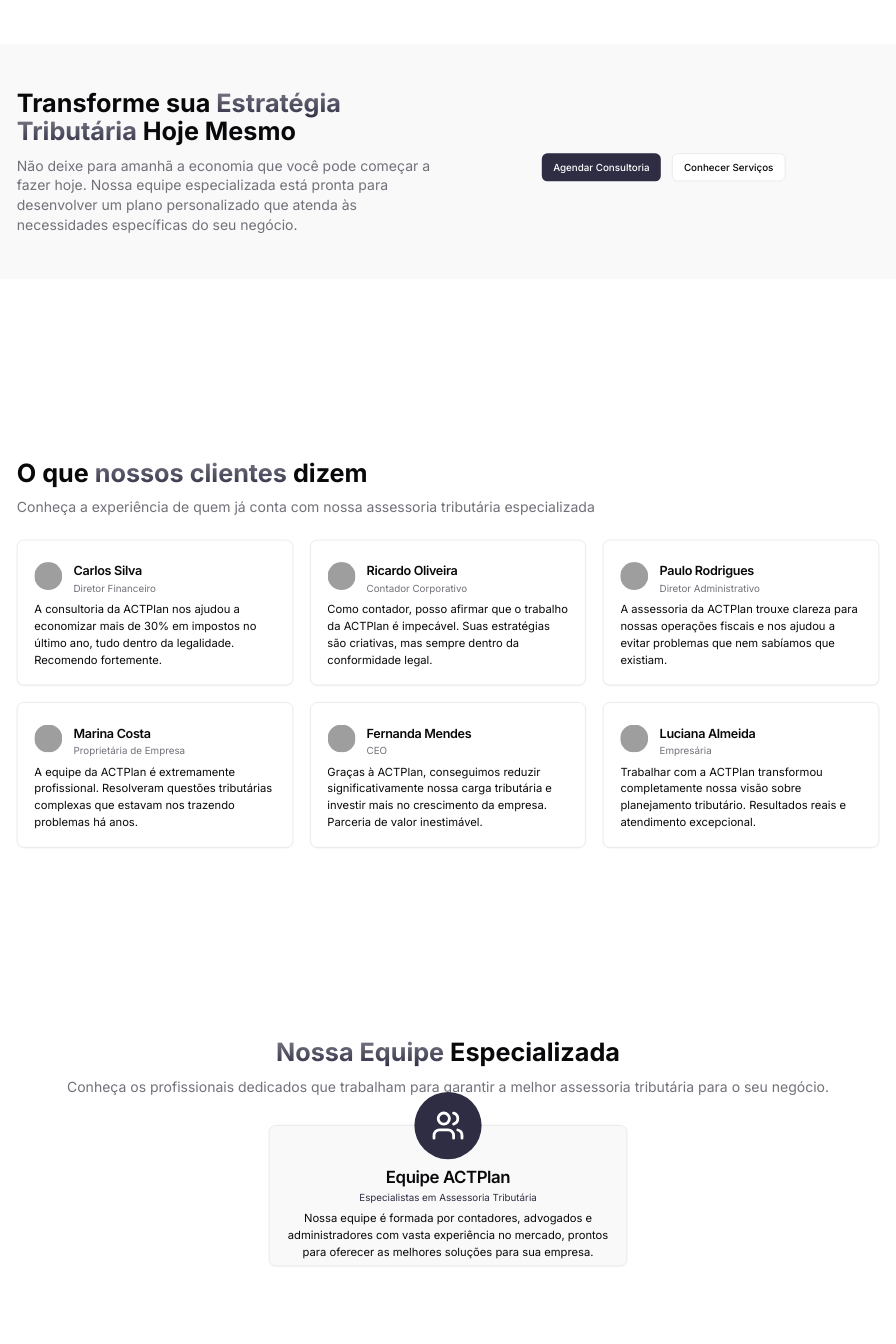
Repository: xoiurp/actplan-landing-page
Page: / (app in shadcn-landing-page-main/)
The author's editor kept a copy of each file at every save. The page is drawn from the files as they stood at one save, then again after the next save.
The browser window is 1280 px wide. The pictures show the part of the page from y = 4580 to 6500 px (the page is 8816 px tall before and 8602 px after), at 70% of full size.
Pictures or frames that could not be fetched are drawn as grey boxes. The project was rebuilt for these pictures with package versions that can differ from the ones it lists, and the page was loaded fresh each time. Also part of the build but not shown: shadcn-landing-page-main/vite.config.ts.

Above is the page before, as saved 2025-06-24 17:21:11.

### shadcn-landing-page-main/index.html
<!DOCTYPE html>
<html lang="en">
  <head>
    <meta charset="UTF-8" />
    <link
      rel="icon"
      type="image/svg+xml"
      href="/src/assets/fav-icon.svg"
    />
    <!-- href="/vite.svg" -->
    <meta
      name="viewport"
      content="width=device-width, initial-scale=1.0"
    />
    <link rel="preconnect" href="https://fonts.googleapis.com">
    <link rel="preconnect" href="https://fonts.gstatic.com" crossorigin>
    <link href="https://fonts.googleapis.com/css2?family=Inter:wght@100..900&display=swap" rel="stylesheet">

    <!-- Primary Meta Tags -->
    <title>ACTPlan - Assessoria Tributária Especializada</title>
    <meta
      name="title"
      content="ACTPlan - Assessoria Tributária Especializada"
    />
    <meta
      name="description"
      content="Maximize a eficiência tributária do seu negócio com nossa assessoria especializada. Otimize seus impostos com segurança e conformidade legal."
    />
    <meta
      name="keywords"
      content="assessoria tributária, planejamento tributário, consultoria fiscal, economia de impostos, regularização tributária, defesa tributária"
    />
    <!-- Open Graph / Facebook -->
    <meta
      property="og:type"
      content="website"
    />
    <meta
      property="og:url"
      content="https://actplanconcetoria.com"
    />
    <meta
      property="og:title"
      content="ACTPlan - Assessoria Tributária Especializada"
    />
    <meta
      property="og:description"
      content="Maximize a eficiência tributária do seu negócio com nossa assessoria especializada. Otimize seus impostos com segurança e conformidade legal."
    />
    <meta
      property="og:image"
      content="https://actplanconcetoria.com/og-image.jpg"
    />

    <!-- Twitter -->
    <meta
      name="twitter:card"
      content="summary_large_image"
    />

    <meta
      name="twitter:url"
      content="https://actplanconcetoria.com"
    />
    <meta
      name="twitter:title"
      content="ACTPlan - Assessoria Tributária Especializada"
    />
    <meta
      name="twitter:description"
      content="Maximize a eficiência tributária do seu negócio com nossa assessoria especializada. Otimize seus impostos com segurança e conformidade legal."
    />
    <meta
      name="twitter:image"
      content="https://actplanconcetoria.com/og-image.jpg"
    />
  </head>
  <body>
    <div id="root"></div>
    <script
      type="module"
      src="/src/main.tsx"
    ></script>
  </body>
</html>

### shadcn-landing-page-main/src/App.tsx
import { About } from "./components/About";
import { Cta } from "./components/Cta";
import { FAQ } from "./components/FAQ";
import { Features } from "./components/Features";
import { Footer } from "./components/Footer";
import { Hero } from "./components/Hero";
import { HowItWorks } from "./components/HowItWorks";
import { Navbar } from "./components/Navbar";
import { Newsletter } from "./components/Newsletter";
import { Pricing } from "./components/Pricing";
import { ScrollToTop } from "./components/ScrollToTop";
import { Services } from "./components/Services";
import { Sponsors } from "./components/Sponsors";
import { Team } from "./components/Team";
import { Testimonials } from "./components/Testimonials";
import "./App.css";

function App() {
  return (
    <>
      <div className="bg-gradient-to-b from-white to-[#E9E9E9]">
        <Navbar />
        <Hero />
      </div>
      <Sponsors />
      <About />
      <HowItWorks />
      <Features />
      <Services />
      <Cta />
      <Testimonials />
      <Team />
      <Pricing />
      <Newsletter />
      <FAQ />
      <Footer />
      <ScrollToTop />
    </>
  );
}

export default App;

### shadcn-landing-page-main/src/index.css
html {
  scroll-behavior: smooth;
  font-family: 'Inter', sans-serif;
}

body {
  font-family: 'Inter', sans-serif;
}

### shadcn-landing-page-main/src/components/Cta.tsx
import { Button } from "./ui/button";

export const Cta = () => {
  return (
    <section
      id="cta"
      className="bg-muted/50 py-16 my-24 sm:my-32"
    >
      <div className="container lg:grid lg:grid-cols-2 place-items-center">
        <div className="lg:col-start-1">
          <h2 className="text-3xl md:text-4xl font-bold ">
            Transforme sua
            <span className="bg-gradient-to-b from-primary/60 to-primary text-transparent bg-clip-text">
              {" "}
              Estratégia Tributária{" "}
            </span>
            Hoje Mesmo
          </h2>
          <p className="text-muted-foreground text-xl mt-4 mb-8 lg:mb-0">
            Não deixe para amanhã a economia que você pode começar a fazer hoje. Nossa equipe especializada está pronta para desenvolver um plano personalizado que atenda às necessidades específicas do seu negócio.
          </p>
        </div>

        <div className="space-y-4 lg:col-start-2">
          <Button className="w-full md:mr-4 md:w-auto">Agendar Consultoria</Button>
          <Button
            variant="outline"
            className="w-full md:w-auto"
          >
            Conhecer Serviços
          </Button>
        </div>
      </div>
    </section>
  );
};

### shadcn-landing-page-main/src/components/Newsletter.tsx
import { Button } from "./ui/button";
import { Input } from "./ui/input";

export const Newsletter = () => {
  const handleSubmit = (e: any) => {
    e.preventDefault();
    console.log("Subscribed!");
  };

  return (
    <section id="newsletter">
      <hr className="w-11/12 mx-auto" />

      <div className="container py-24 sm:py-32">
        <h3 className="text-center text-4xl md:text-5xl font-bold">
          Receba Nossas{" "}
          <span className="bg-gradient-to-b from-primary/60 to-primary text-transparent bg-clip-text">
            Atualizações
          </span>
        </h3>
        <p className="text-xl text-muted-foreground text-center mt-4 mb-8">
          Fique por dentro das novidades fiscais e oportunidades de economia tributária.
        </p>

        <form
          className="flex flex-col w-full md:flex-row md:w-6/12 lg:w-4/12 mx-auto gap-4 md:gap-2"
          onSubmit={handleSubmit}
        >
          <Input
            placeholder="seuemail@empresa.com.br"
            className="bg-muted/50 dark:bg-muted/80 "
            aria-label="email"
          />
          <Button>Inscrever-se</Button>
        </form>
      </div>

      <hr className="w-11/12 mx-auto" />
    </section>
  );
};

### shadcn-landing-page-main/src/components/ScrollToTop.tsx
import { useState, useEffect } from "react";
import { Button } from "./ui/button";
import { ArrowUpToLine } from "lucide-react";

export const ScrollToTop = () => {
  const [showTopBtn, setShowTopBtn] = useState(false);

  useEffect(() => {
    window.addEventListener("scroll", () => {
      if (window.scrollY > 400) {
        setShowTopBtn(true);
      } else {
        setShowTopBtn(false);
      }
    });
  }, []);

  const goToTop = () => {
    window.scroll({
      top: 0,
      left: 0,
    });
  };

  return (
    <>
      {showTopBtn && (
        <Button
          onClick={goToTop}
          className="fixed bottom-4 right-4 opacity-90 shadow-md"
          size="icon"
        >
          <ArrowUpToLine className="h-4 w-4" />
        </Button>
      )}
    </>
  );
};

### shadcn-landing-page-main/src/components/Sponsors.tsx
import { Shield, Scale, CheckCircle, Heart } from "lucide-react";

interface ValueProps {
  icon: JSX.Element;
  name: string;
}

const values: ValueProps[] = [
  {
    icon: <Shield size={34} />,
    name: "Transparência",
  },
  {
    icon: <CheckCircle size={34} />,
    name: "Excelência",
  },
  {
    icon: <Scale size={34} />,
    name: "Compromisso",
  },
  {
    icon: <Heart size={34} />,
    name: "Foco no Cliente",
  },
];

export const Sponsors = () => {
  return (
    <section
      id="values"
      className="container pt-24 sm:py-32"
    >
      <h2 className="text-center text-md lg:text-xl font-bold mb-8 text-primary">
        Nossos Valores
      </h2>

      <div className="flex flex-wrap justify-center items-center gap-4 md:gap-8">
        {values.map(({ icon, name }: ValueProps) => (
          <div
            key={name}
            className="flex items-center gap-1 text-muted-foreground/60"
          >
            <span>{icon}</span>
            <h3 className="text-xl font-bold">{name}</h3>
          </div>
        ))}
      </div>
    </section>
  );
};

### shadcn-landing-page-main/src/components/Team.tsx
import {
  Card,
  CardContent,
  CardDescription,
  CardHeader,
  CardTitle,
} from "@/components/ui/card";
import { Users } from "lucide-react";

export const Team = () => {
  return (
    <section
      id="team"
      className="container py-24 sm:py-32"
    >
      <h2 className="text-3xl md:text-4xl font-bold text-center">
        <span className="bg-gradient-to-b from-primary/60 to-primary text-transparent bg-clip-text">
          Nossa Equipe{" "}
        </span>
        Especializada
      </h2>

      <p className="mt-4 mb-10 text-xl text-muted-foreground text-center">
        Conheça os profissionais dedicados que trabalham para garantir a melhor assessoria tributária para o seu negócio.
      </p>

      <Card
        className="bg-muted/50 relative mt-8 flex flex-col justify-center items-center max-w-lg mx-auto"
      >
        <CardHeader className="mt-8 flex justify-center items-center pb-2">
          <div className="absolute -top-12 rounded-full w-24 h-24 aspect-square bg-primary flex items-center justify-center">
            <Users className="text-white h-12 w-12" />
          </div>
          <CardTitle className="text-center">Equipe ACTPlan</CardTitle>
          <CardDescription className="text-primary">
            Especialistas em Assessoria Tributária
          </CardDescription>
        </CardHeader>

        <CardContent className="text-center pb-2">
          <p>Nossa equipe é formada por contadores, advogados e administradores com vasta experiência no mercado, prontos para oferecer as melhores soluções para sua empresa.</p>
        </CardContent>
      </Card>
    </section>
  );
};

### shadcn-landing-page-main/src/components/ui/card.tsx
import * as React from "react"

import { cn } from "@/lib/utils"

const Card = React.forwardRef<
  HTMLDivElement,
  React.HTMLAttributes<HTMLDivElement>
>(({ className, ...props }, ref) => (
  <div
    ref={ref}
    className={cn(
      "rounded-lg border bg-card text-card-foreground shadow-sm",
      className
    )}
    {...props}
  />
))
Card.displayName = "Card"

const CardHeader = React.forwardRef<
  HTMLDivElement,
  React.HTMLAttributes<HTMLDivElement>
>(({ className, ...props }, ref) => (
  <div
    ref={ref}
    className={cn("flex flex-col space-y-1.5 p-6", className)}
    {...props}
  />
))
CardHeader.displayName = "CardHeader"

const CardTitle = React.forwardRef<
  HTMLParagraphElement,
  React.HTMLAttributes<HTMLHeadingElement>
>(({ className, ...props }, ref) => (
  <h3
    ref={ref}
    className={cn(
      "text-2xl font-semibold leading-none tracking-tight",
      className
    )}
    {...props}
  />
))
CardTitle.displayName = "CardTitle"

const CardDescription = React.forwardRef<
  HTMLParagraphElement,
  React.HTMLAttributes<HTMLParagraphElement>
>(({ className, ...props }, ref) => (
  <p
    ref={ref}
    className={cn("text-sm text-muted-foreground", className)}
    {...props}
  />
))
CardDescription.displayName = "CardDescription"

const CardContent = React.forwardRef<
  HTMLDivElement,
  React.HTMLAttributes<HTMLDivElement>
>(({ className, ...props }, ref) => (
  <div ref={ref} className={cn("p-6 pt-0", className)} {...props} />
))
CardContent.displayName = "CardContent"

const CardFooter = React.forwardRef<
  HTMLDivElement,
  React.HTMLAttributes<HTMLDivElement>
>(({ className, ...props }, ref) => (
  <div
    ref={ref}
    className={cn("flex items-center p-6 pt-0", className)}
    {...props}
  />
))
CardFooter.displayName = "CardFooter"

export { Card, CardHeader, CardFooter, CardTitle, CardDescription, CardContent }

### shadcn-landing-page-main/src/components/ui/button.tsx
import * as React from "react"
import { Slot } from "@radix-ui/react-slot"
import { cva, type VariantProps } from "class-variance-authority"

import { cn } from "@/lib/utils"

const buttonVariants = cva(
  "inline-flex items-center justify-center whitespace-nowrap rounded-md text-sm font-medium ring-offset-background transition-colors focus-visible:outline-none focus-visible:ring-2 focus-visible:ring-ring focus-visible:ring-offset-2 disabled:pointer-events-none disabled:opacity-50",
  {
    variants: {
      variant: {
        default: "bg-primary text-primary-foreground hover:bg-primary/90",
        destructive:
          "bg-destructive text-destructive-foreground hover:bg-destructive/90",
        outline:
          "border border-input bg-background hover:bg-accent hover:text-accent-foreground",
        secondary:
          "bg-secondary text-secondary-foreground hover:bg-secondary/80",
        ghost: "hover:bg-accent hover:text-accent-foreground",
        link: "text-primary underline-offset-4 hover:underline",
      },
      size: {
        default: "h-10 px-4 py-2",
        sm: "h-9 rounded-md px-3",
        lg: "h-11 rounded-md px-8",
        icon: "h-10 w-10",
      },
    },
    defaultVariants: {
      variant: "default",
      size: "default",
    },
  }
)

export interface ButtonProps
  extends React.ButtonHTMLAttributes<HTMLButtonElement>,
    VariantProps<typeof buttonVariants> {
  asChild?: boolean
}

const Button = React.forwardRef<HTMLButtonElement, ButtonProps>(
  ({ className, variant, size, asChild = false, ...props }, ref) => {
    const Comp = asChild ? Slot : "button"
    return (
      <Comp
        className={cn(buttonVariants({ variant, size, className }))}
        ref={ref}
        {...props}
      />
    )
  }
)
Button.displayName = "Button"

export { Button, buttonVariants }

### shadcn-landing-page-main/src/components/ui/accordion.tsx
import * as React from "react";
import * as AccordionPrimitive from "@radix-ui/react-accordion";
import { ChevronDown } from "lucide-react";

import { cn } from "@/lib/utils";

const Accordion = AccordionPrimitive.Root;

const AccordionItem = React.forwardRef<
  React.ElementRef<typeof AccordionPrimitive.Item>,
  React.ComponentPropsWithoutRef<typeof AccordionPrimitive.Item>
>(({ className, ...props }, ref) => (
  <AccordionPrimitive.Item
    ref={ref}
    className={cn("border-b", className)}
    {...props}
  />
));
AccordionItem.displayName = "AccordionItem";

const AccordionTrigger = React.forwardRef<
  React.ElementRef<typeof AccordionPrimitive.Trigger>,
  React.ComponentPropsWithoutRef<typeof AccordionPrimitive.Trigger>
>(({ className, children, ...props }, ref) => (
  <AccordionPrimitive.Header className="flex">
    <AccordionPrimitive.Trigger
      ref={ref}
      className={cn(
        "flex flex-1 items-center justify-between py-4 font-medium transition-all hover:underline [&[data-state=open]>svg]:rotate-180",
        className
      )}
      {...props}
    >
      {children}
      <ChevronDown className="h-4 w-4 shrink-0 transition-transform duration-200" />
    </AccordionPrimitive.Trigger>
  </AccordionPrimitive.Header>
));
AccordionTrigger.displayName = AccordionPrimitive.Trigger.displayName;

const AccordionContent = React.forwardRef<
  React.ElementRef<typeof AccordionPrimitive.Content>,
  React.ComponentPropsWithoutRef<typeof AccordionPrimitive.Content>
>(({ className, children, ...props }, ref) => (
  <AccordionPrimitive.Content
    ref={ref}
    className="overflow-hidden text-sm transition-all data-[state=closed]:animate-accordion-up data-[state=open]:animate-accordion-down"
    {...props}
  >
    <div
      className={cn("pb-4 pt-0 text-muted-foreground text-[16px]", className)}
    >
      {children}
    </div>
  </AccordionPrimitive.Content>
));

AccordionContent.displayName = AccordionPrimitive.Content.displayName;

export { Accordion, AccordionItem, AccordionTrigger, AccordionContent };

### shadcn-landing-page-main/src/components/ui/badge.tsx
import * as React from "react"
import { cva, type VariantProps } from "class-variance-authority"

import { cn } from "@/lib/utils"

const badgeVariants = cva(
  "inline-flex items-center rounded-full border px-2.5 py-0.5 text-xs font-semibold transition-colors focus:outline-none focus:ring-2 focus:ring-ring focus:ring-offset-2",
  {
    variants: {
      variant: {
        default:
          "border-transparent bg-primary text-primary-foreground hover:bg-primary/80",
        secondary:
          "border-transparent bg-secondary text-secondary-foreground hover:bg-secondary/80",
        destructive:
          "border-transparent bg-destructive text-destructive-foreground hover:bg-destructive/80",
        outline: "text-foreground",
      },
    },
    defaultVariants: {
      variant: "default",
    },
  }
)

export interface BadgeProps
  extends React.HTMLAttributes<HTMLDivElement>,
    VariantProps<typeof badgeVariants> {}

function Badge({ className, variant, ...props }: BadgeProps) {
  return (
    <div className={cn(badgeVariants({ variant }), className)} {...props} />
  )
}

export { Badge, badgeVariants }

### shadcn-landing-page-main/src/components/ui/input.tsx
import * as React from "react"

import { cn } from "@/lib/utils"

export interface InputProps
  extends React.InputHTMLAttributes<HTMLInputElement> {}

const Input = React.forwardRef<HTMLInputElement, InputProps>(
  ({ className, type, ...props }, ref) => {
    return (
      <input
        type={type}
        className={cn(
          "flex h-10 w-full rounded-md border border-input bg-background px-3 py-2 text-sm ring-offset-background file:border-0 file:bg-transparent file:text-sm file:font-medium placeholder:text-muted-foreground focus-visible:outline-none focus-visible:ring-2 focus-visible:ring-ring focus-visible:ring-offset-2 disabled:cursor-not-allowed disabled:opacity-50",
          className
        )}
        ref={ref}
        {...props}
      />
    )
  }
)
Input.displayName = "Input"

export { Input }

### shadcn-landing-page-main/src/components/ui/avatar.tsx
import * as React from "react";
import * as AvatarPrimitive from "@radix-ui/react-avatar";

import { cn } from "@/lib/utils";

const Avatar = React.forwardRef<
  React.ElementRef<typeof AvatarPrimitive.Root>,
  React.ComponentPropsWithoutRef<typeof AvatarPrimitive.Root>
>(({ className, ...props }, ref) => (
  <AvatarPrimitive.Root
    ref={ref}
    className={cn(
      "relative flex h-10 w-10 shrink-0 overflow-hidden rounded-full",
      className
    )}
    {...props}
  />
));
Avatar.displayName = AvatarPrimitive.Root.displayName;

const AvatarImage = React.forwardRef<
  React.ElementRef<typeof AvatarPrimitive.Image>,
  React.ComponentPropsWithoutRef<typeof AvatarPrimitive.Image>
>(({ className, ...props }, ref) => (
  <AvatarPrimitive.Image
    ref={ref}
    className={cn("aspect-square h-full w-full", className)}
    {...props}
  />
));
AvatarImage.displayName = AvatarPrimitive.Image.displayName;

const AvatarFallback = React.forwardRef<
  React.ElementRef<typeof AvatarPrimitive.Fallback>,
  React.ComponentPropsWithoutRef<typeof AvatarPrimitive.Fallback>
>(({ className, ...props }, ref) => (
  <AvatarPrimitive.Fallback
    ref={ref}
    className={cn(
      "flex h-full w-full items-center justify-center rounded-full bg-muted",
      className
    )}
    {...props}
  />
));
AvatarFallback.displayName = AvatarPrimitive.Fallback.displayName;

export { Avatar, AvatarImage, AvatarFallback };

Loaded but not shown: shadcn-landing-page-main/src/main.tsx (common file); shadcn-landing-page-main/src/lib/utils.ts (common file); shadcn-landing-page-main/tailwind.config.js (78 lines, source omitted); shadcn-landing-page-main/src/components/Icons.tsx (664 lines, source omitted); shadcn-landing-page-main/src/components/About.tsx (153 lines, source omitted); shadcn-landing-page-main/src/components/LogoActplan.tsx (65 lines, source omitted); shadcn-landing-page-main/src/components/ui/navigation-menu.tsx (128 lines, source omitted); shadcn-landing-page-main/src/components/HeroCards.tsx (123 lines, source omitted); shadcn-landing-page-main/src/components/ui/sheet.tsx (138 lines, source omitted); shadcn-landing-page-main/src/components/Pricing.tsx (146 lines, source omitted); shadcn-landing-page-main/src/App.css (139 lines, source omitted); shadcn-landing-page-main/src/components/Footer.tsx (132 lines, source omitted); shadcn-landing-page-main/src/components/Navbar.tsx (127 lines, source omitted); shadcn-landing-page-main/src/components/Testimonials.tsx (104 lines, source omitted); shadcn-landing-page-main/src/components/Services.tsx (81 lines, source omitted); shadcn-landing-page-main/src/components/Features.tsx (104 lines, source omitted); shadcn-landing-page-main/src/components/FAQ.tsx (86 lines, source omitted); shadcn-landing-page-main/src/components/HowItWorks.tsx (72 lines, source omitted); shadcn-landing-page-main/src/components/Hero.tsx (58 lines, source omitted)

After the next save:
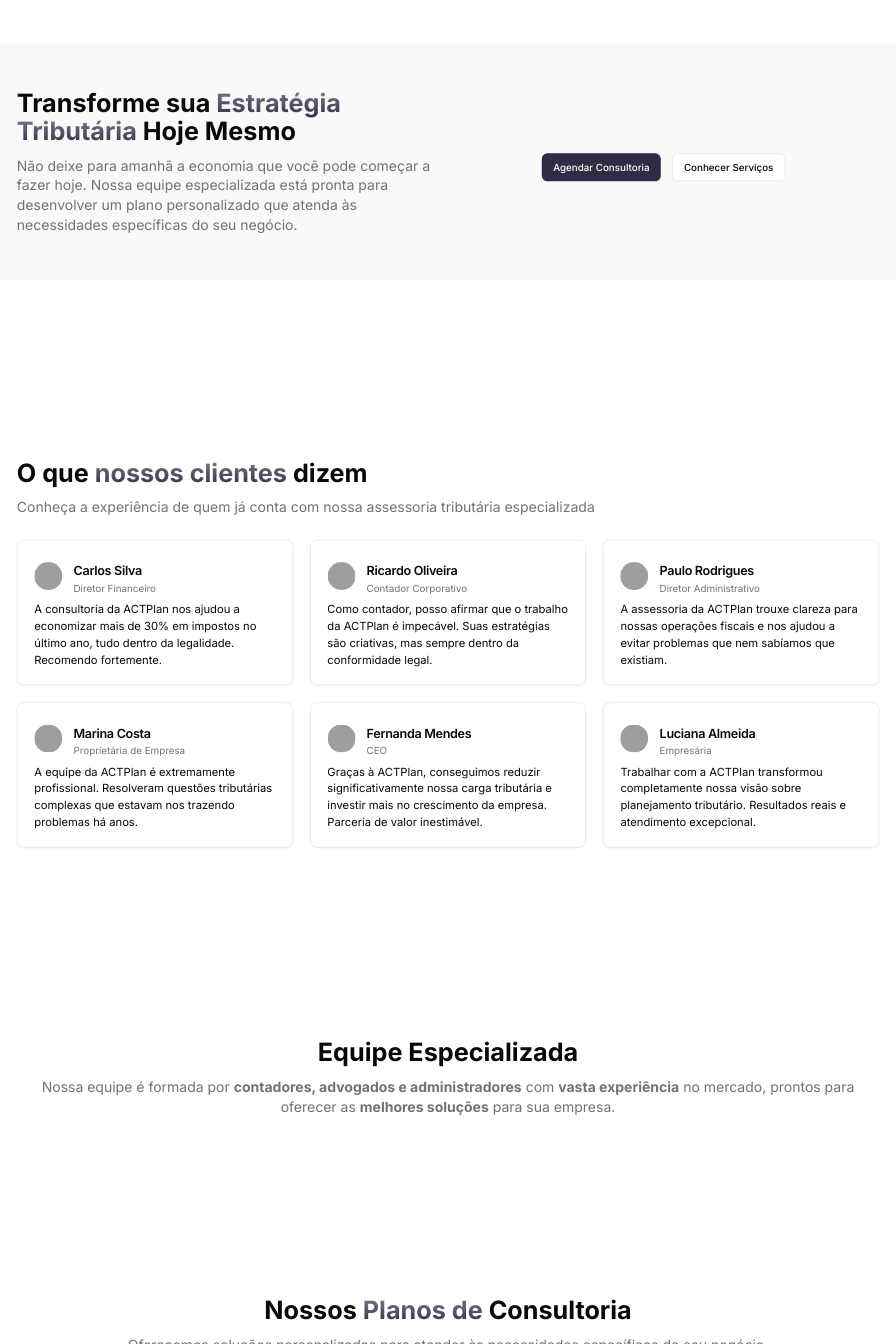
Saved 11 min 4 s later.
--- a/shadcn-landing-page-main/src/components/Team.tsx
+++ b/shadcn-landing-page-main/src/components/Team.tsx
@@ -1,12 +1,3 @@
-import {
-  Card,
-  CardContent,
-  CardDescription,
-  CardHeader,
-  CardTitle,
-} from "@/components/ui/card";
-import { Users } from "lucide-react";
-
 export const Team = () => {
   return (
     <section
@@ -14,33 +5,12 @@ export const Team = () => {
       className="container py-24 sm:py-32"
     >
       <h2 className="text-3xl md:text-4xl font-bold text-center">
-        <span className="bg-gradient-to-b from-primary/60 to-primary text-transparent bg-clip-text">
-          Nossa Equipe{" "}
-        </span>
-        Especializada
+        Equipe Especializada
       </h2>
 
-      <p className="mt-4 mb-10 text-xl text-muted-foreground text-center">
-        Conheça os profissionais dedicados que trabalham para garantir a melhor assessoria tributária para o seu negócio.
+      <p className="mt-4 text-xl text-muted-foreground text-center">
+        Nossa equipe é formada por <strong>contadores, advogados e administradores</strong> com <strong>vasta experiência</strong> no mercado, prontos para oferecer as <strong>melhores soluções</strong> para sua empresa.
       </p>
-
-      <Card
-        className="bg-muted/50 relative mt-8 flex flex-col justify-center items-center max-w-lg mx-auto"
-      >
-        <CardHeader className="mt-8 flex justify-center items-center pb-2">
-          <div className="absolute -top-12 rounded-full w-24 h-24 aspect-square bg-primary flex items-center justify-center">
-            <Users className="text-white h-12 w-12" />
-          </div>
-          <CardTitle className="text-center">Equipe ACTPlan</CardTitle>
-          <CardDescription className="text-primary">
-            Especialistas em Assessoria Tributária
-          </CardDescription>
-        </CardHeader>
-
-        <CardContent className="text-center pb-2">
-          <p>Nossa equipe é formada por contadores, advogados e administradores com vasta experiência no mercado, prontos para oferecer as melhores soluções para sua empresa.</p>
-        </CardContent>
-      </Card>
     </section>
   );
 };
